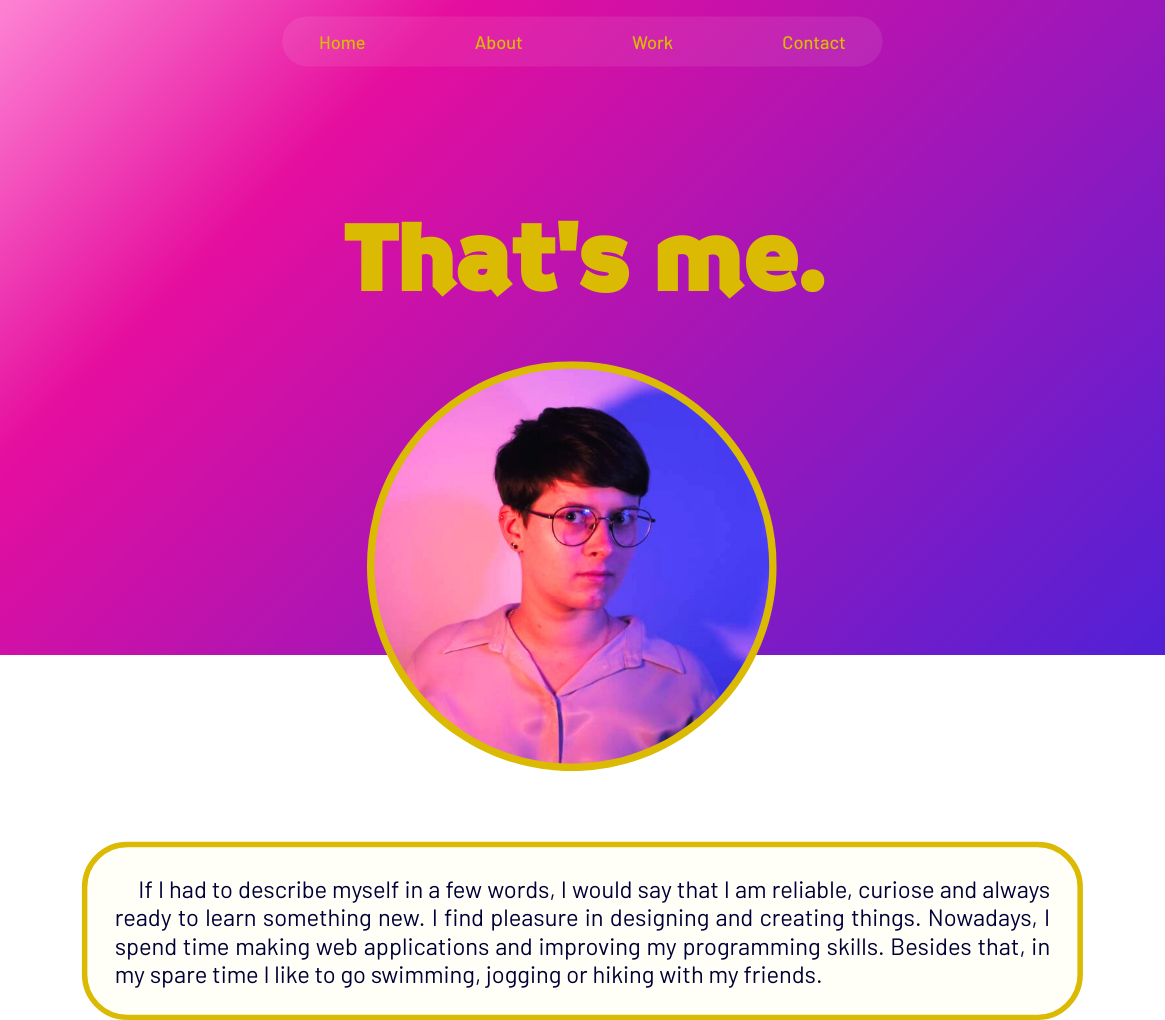
Repository: JJonka/portfolio_site
Page: /about
The author's editor kept a copy of each file at every save. The page is drawn from the files as they stood at one save, then again after the next save.
The browser window is 1280 px wide. The pictures show the whole page, at 91% of full size.
The project was rebuilt for these pictures with package versions that can differ from the ones it lists, and the page was loaded fresh each time. Also part of the build but not shown: vite.config.ts, src/pages/HomePage.tsx, src/components/LogoIcon.module.scss, src/components/LogoIcon.tsx, src/pages/Contact.tsx, src/pages/Work.module.scss, src/pages/Work.tsx.

Above is the page before, as saved 2023-10-08 16:14:49.

After the next save:
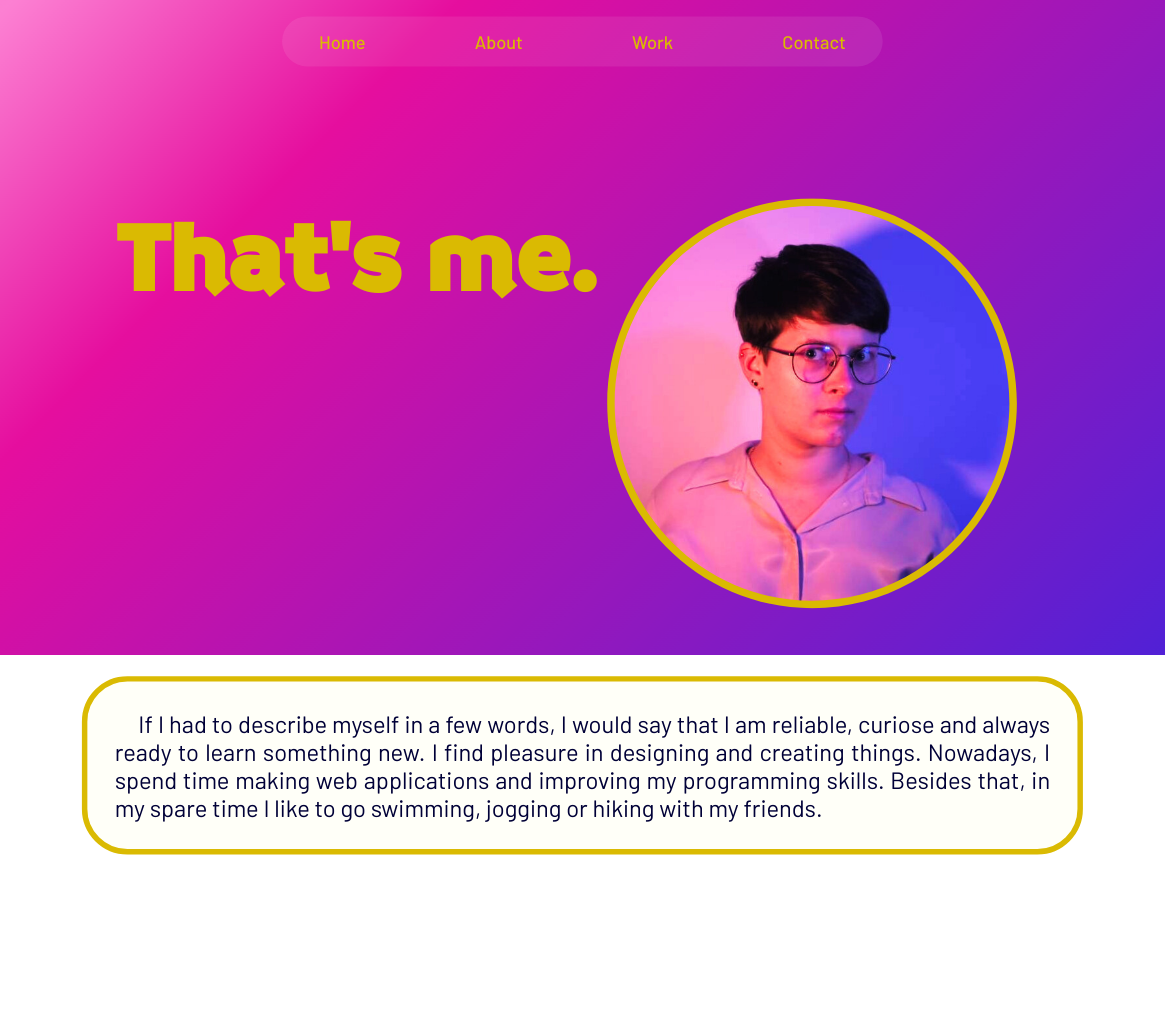
Saved 71 s later.
--- a/src/pages/About.module.scss
+++ b/src/pages/About.module.scss
@@ -32,14 +32,6 @@
     max-width: 500px;
 }
 
-.text {
-    height: 400px;
-    width: 550px;
-    display: flex;
-    flex-direction: column;
-    align-items: center;
-    justify-content: center;
-}
 
 .aboutMe {
     font-family: "Barlow-Regular";
@@ -58,3 +50,8 @@
     border-width: 6px;
     text-align: justify;
 }
+
+.headerPic {
+    display: flex;
+    flex-direction: row;
+}
